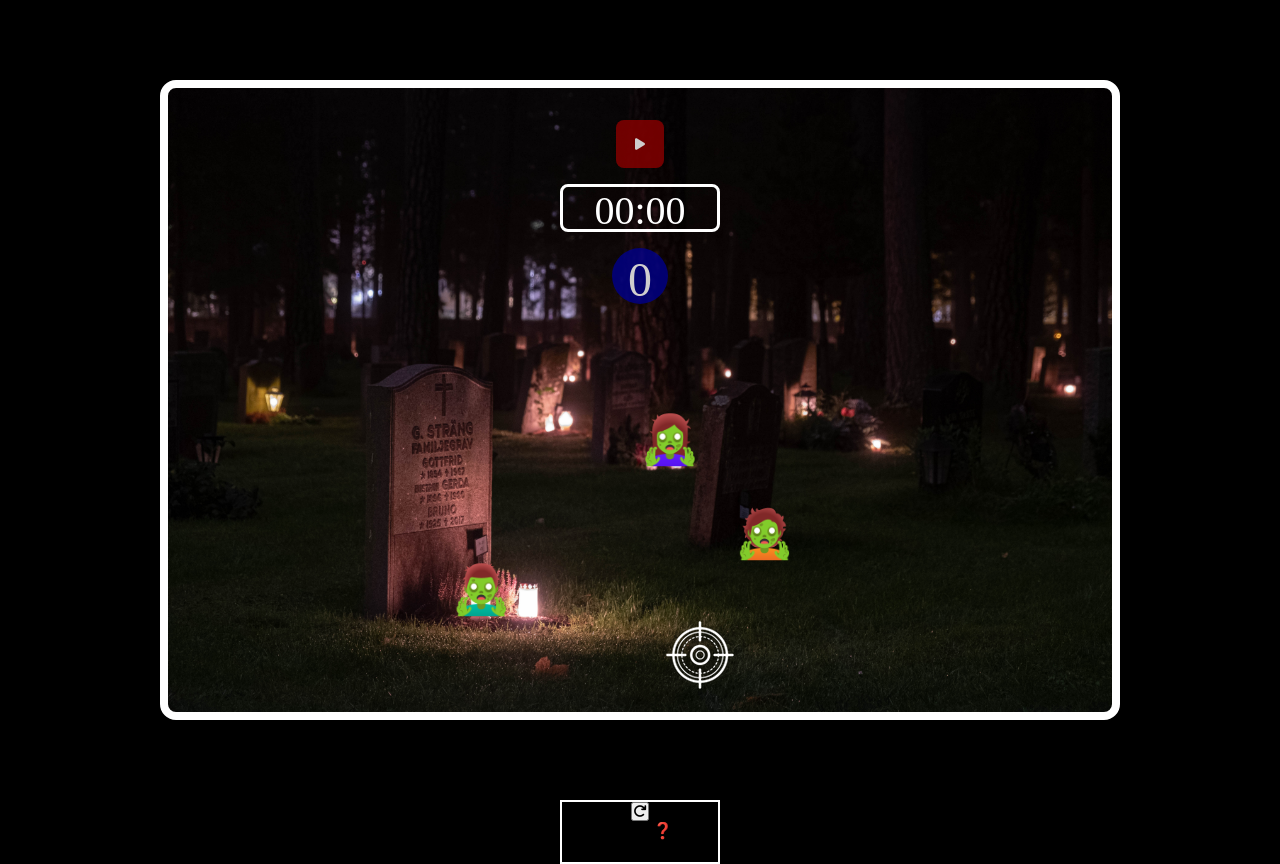
Repository: MrJinkyu/ZombieGame
Page: index.html
These files come from the project's save history. The page is drawn as it stood at one moment and after the next save; the edit follows.
The browser window is 1280 px wide. The pictures show the whole page.
Some web libraries are served in a nearby version.

Above is the page before, as saved 2023-04-08 22:21:33.

After the next save:
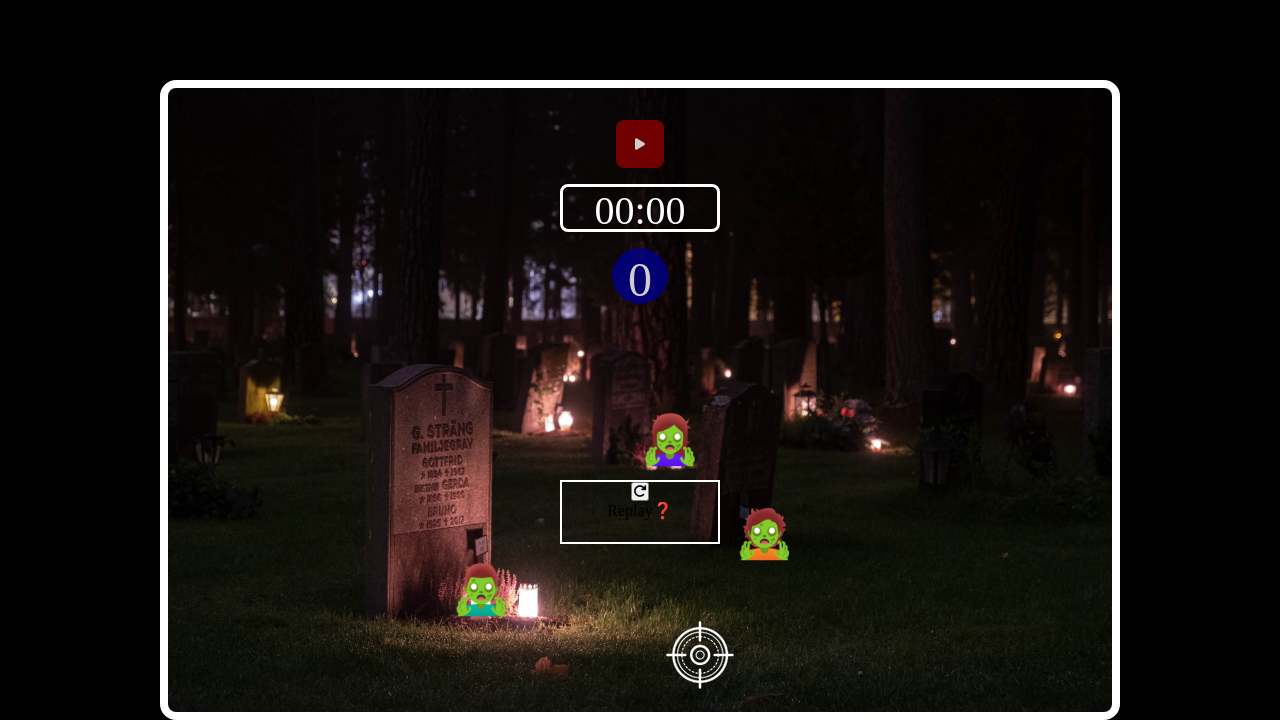
Saved 22 s later.
--- a/style.css
+++ b/style.css
@@ -106,5 +106,6 @@
     height: 4rem;
     border: 2px solid white;
     text-align: center;
-    margin: 0 auto;
+    margin: -20rem auto;
+
 }

After the save that followed:
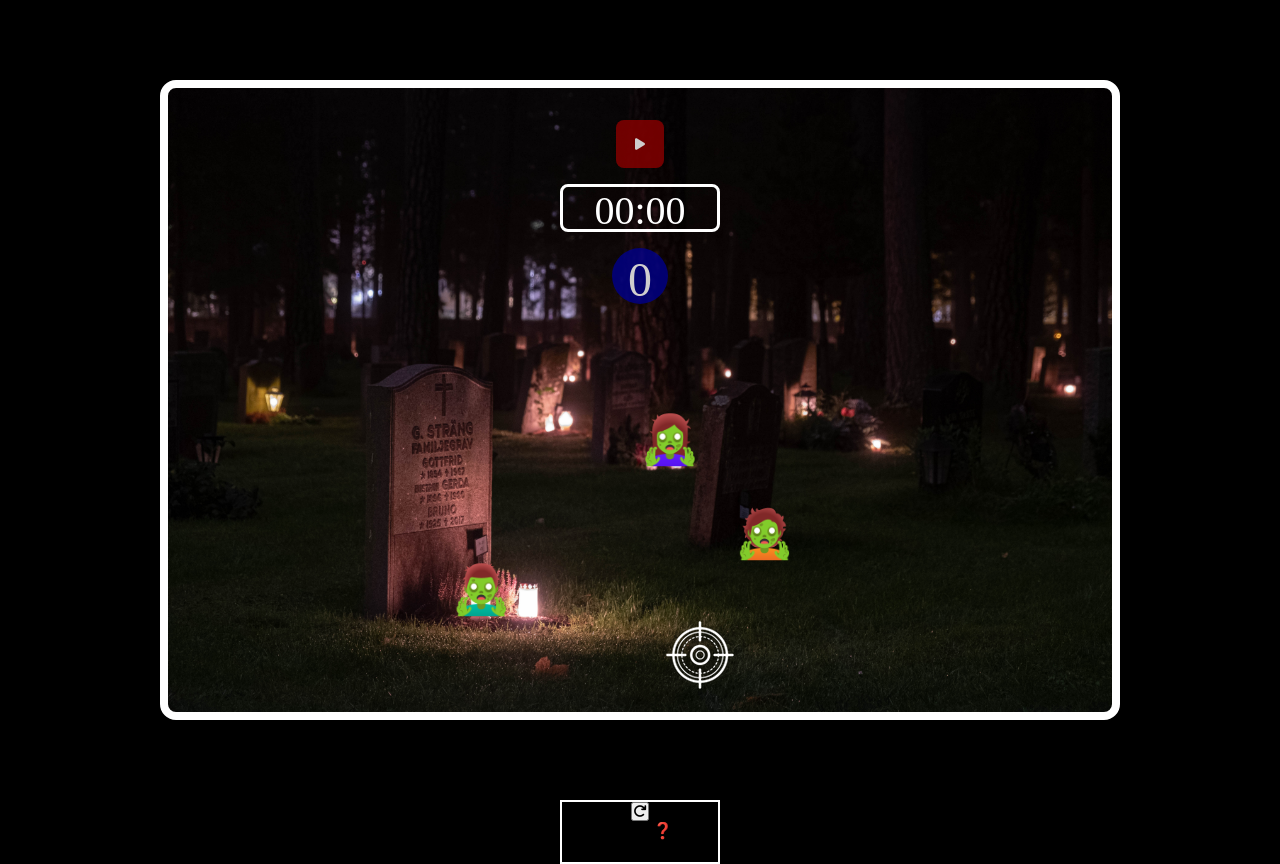
Saved 14 s later.
--- a/style.css
+++ b/style.css
@@ -106,6 +106,6 @@
     height: 4rem;
     border: 2px solid white;
     text-align: center;
-    margin: -20rem auto;
+    margin: 0 auto;
 
 }
